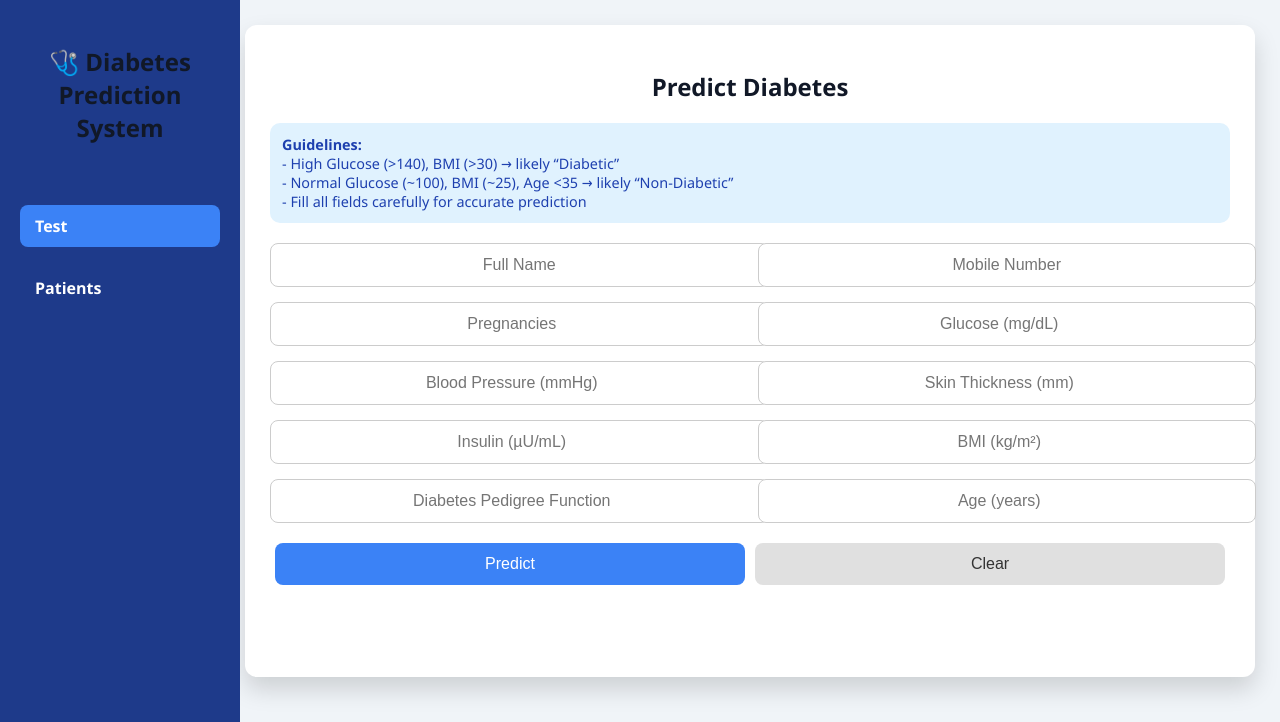
Repository: Aman14150/diabetes-prediction-system
Page: http://localhost/
An editor plug-in stored every save of this project. The page is shown before and after the next save, followed by the edit.
The browser window is 1280 px wide. The pictures show the whole page.
The page is served by the project's application, run on Flask 3 (app.py).

Above is the page before, as saved 2025-10-07 19:55:58.

After the next save:
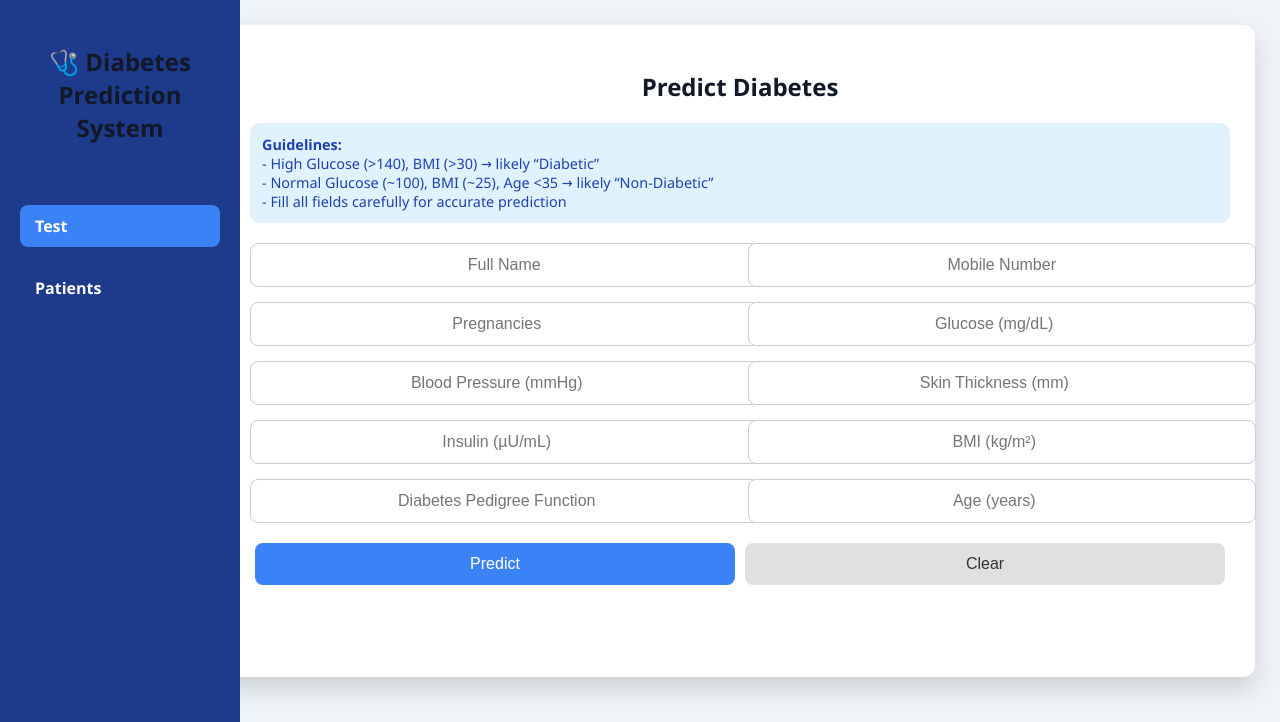
Saved 6 s later.
--- a/static/style.css
+++ b/static/style.css
@@ -57,7 +57,7 @@ body {
 
 .content {
      flex: 1;
-    margin-left: 220px;
+    margin-left: 200px;
     padding: 25px;
     background: #f0f4f8;
 }
